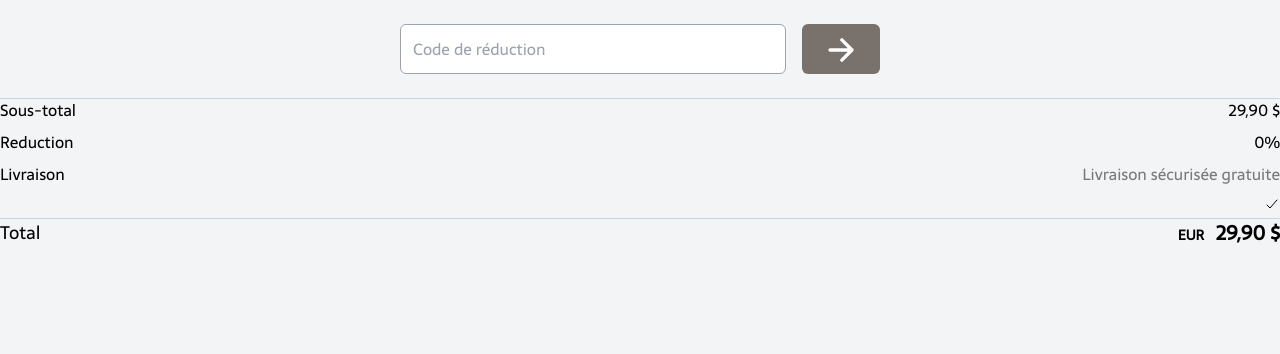
Repository: darlino/gotyu_shopify_section
Page: reduction_input210223/index.html
An editor plug-in stored every save of this project. The page is shown before and after the next save, followed by the edit.
The browser window is 1280 px wide. The pictures show the whole page.
Some web libraries are served in a nearby version.

Above is the page before, as saved 2023-02-21 22:29:26.

### reduction_input210223/index.html
<!DOCTYPE html>
<html lang="en">
  <head>
    <meta charset="UTF-8" />
    <meta http-equiv="X-UA-Compatible" content="IE=edge" />
    <meta name="viewport" content="width=device-width, initial-scale=1.0" />
    <title>Document</title>
    <link rel="preconnect" href="https://fonts.googleapis.com" />
    <link rel="preconnect" href="https://fonts.gstatic.com" crossorigin />
    <link
      href="https://fonts.googleapis.com/css2?family=Sarala&display=swap"
      rel="stylesheet"
    />
    <link rel="stylesheet" href="style.css" />
    <script src="https://cdn.tailwindcss.com"></script>
    <script
      type="module"
      src="https://unpkg.com/ionicons@5.5.2/dist/ionicons/ionicons.esm.js"
    ></script>
    <script
      nomodule
      src="https://unpkg.com/ionicons@5.5.2/dist/ionicons/ionicons.js"
    ></script>
  </head>
  <body>
    <section id="reduction210223">
      <div class="max-w-[1300px] h-screen flex flex-col mx-auto bg-gray-100">
        <div
          class="flex flex-col space-y-6 md:px-20 px-8 py-6 mx-auto md:w-1/2 w-full"
        >
          <form id="form" class="flex flex-row justify-between space-x-4">
            <input
              type="text"
              name="reduction"
              class="px-3 w-5/6 py-2 border outline-none border-1 border-gray-400 bg-white rounded-md"
              placeholder="Code de réduction"
            />
            <button
              type="button"
              onclick="displayInputValue()"
              class="px-2 w-1/6 py-1 bg-stone-500 rounded-md text-center"
            >
              <ion-icon
                name="arrow-forward-outline"
                class="text-4xl bg-none text-white relative top-1"
              ></ion-icon>
            </button>
          </div>
          <div class="w-full h-[.25px] bg-slate-300"></div>
          <div class="flex flex-col space-y-2">
            <div class="flex flex-row justify-between">
              <p class="text-md">Sous-total</p>
              <p class="text-md">29,90 $</p>
            </div>
            <div class="flex flex-row justify-between">
              <p class="text-md">Reduction</p>
              <p class="text-md">0%</p>
            </div>
            <div class="flex flex-row justify-between">
              <p class="text-md">Livraison</p>
              <div class="flex flex-col space-y-2">
                <p class="text-md text-black/50">
                  Livraison sécurisée gratuite
                </p>
                <span class="text-right">
                  <ion-icon name="checkmark-outline"></ion-icon>
                </span>
              </div>
            </div>
          </div>
          <div class="w-full h-[.25px] bg-slate-300"></div>
          <div class="flex flex-row justify-between">
            <p class="text-lg">Total</p>
            <p class="text-xl font-bold">
              <span class="px-2 text-sm"> EUR </span> 29,90 $
            </p>
          </div>
        </div>
      </div>
    </section>
    <script type="text/javascript">
      let form = document.querySelector("#form");

      form.addEventListener("submit", function (e) {
        e.preventDefault()
        let formData = new FormData(this)
        let inputValue = formData.get("redution")
      })
    </script>
  </body>
</html>

### reduction_input210223/style.css
* {
  margin: 0;
  padding: 0;
  font-family: "Sarala", sans-serif;
}
#reduction {
  width: 100%;
  height: 100%;
}

After the next save:
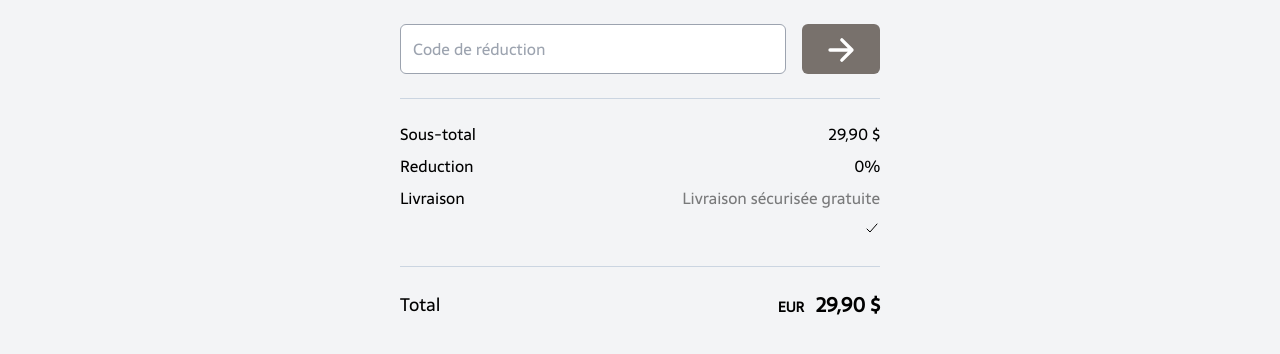
Saved 6 s later.
--- a/reduction_input210223/index.html
+++ b/reduction_input210223/index.html
@@ -45,7 +45,7 @@
                 class="text-4xl bg-none text-white relative top-1"
               ></ion-icon>
             </button>
-          </div>
+          </form>
           <div class="w-full h-[.25px] bg-slate-300"></div>
           <div class="flex flex-col space-y-2">
             <div class="flex flex-row justify-between">
@@ -82,10 +82,10 @@
       let form = document.querySelector("#form");
 
       form.addEventListener("submit", function (e) {
-        e.preventDefault()
-        let formData = new FormData(this)
-        let inputValue = formData.get("redution")
-      })
+        e.preventDefault();
+        let formData = new FormData(this);
+        let inputValue = formData.get("redution");
+      });
     </script>
   </body>
 </html>
